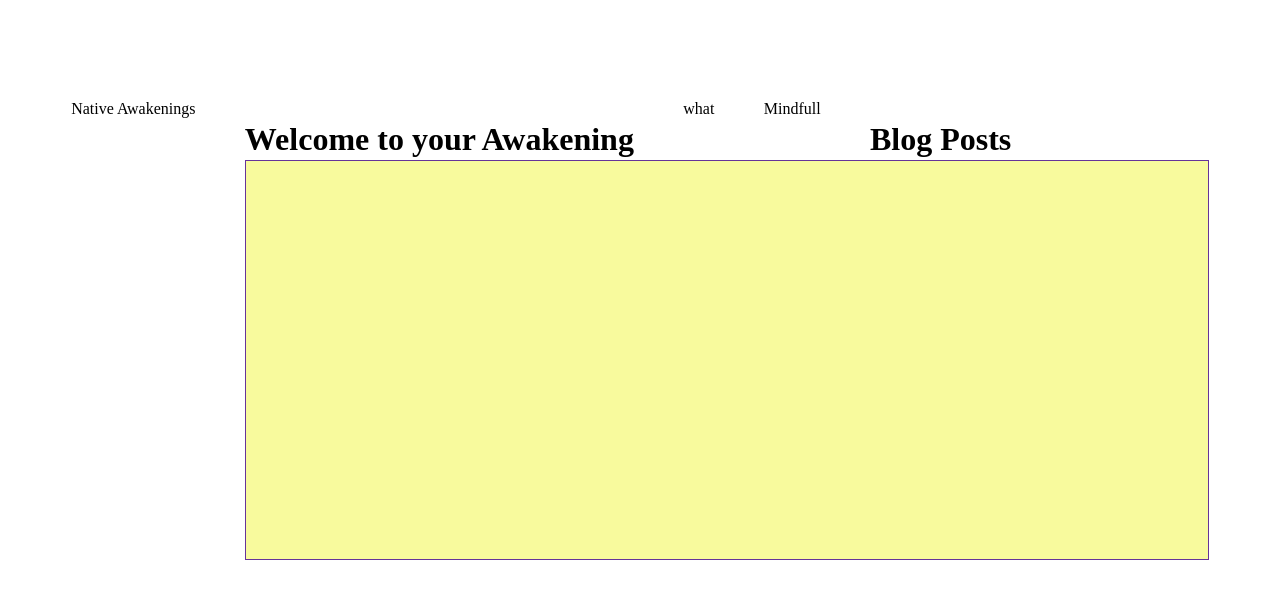
Repository: Gregg-Hendrix/blog-project
Page: index.html
The author's editor kept a copy of each file at every save. The page is drawn from the files as they stood at one save, then again after the next save.
The browser window is 1280 px wide. The pictures show the whole page.

Above is the page before, as saved 2021-03-15 13:48:47.

### index.html
<!DOCTYPE html>
<html lang="en">
    <head>
        <meta charset="utf-8">
        <title>Native Awakenings</title>
        <meta content="width=device-width, initial-scale=1, maximum-scale=1" name="viewport"/>
        <link rel="stylesheet" href="stylesheet.css">

         </head>
    <body>
        <! -- This aligns the items to the top of the screen -->
        <div class="container">
            <header>Native Awakenings</header>
            <h1>Welcome to your Awakening</h1>
            <nav>what</nav>
            <article>Mindfull</article>
            <sidebar><h1>Blog Posts</h1><a href="meditation.html">Recent Posts</a></sidebar>
            <div class="content box">
            </div>
            <footer>
        </div>
    </body>
</html>

### stylesheet.css
.header{
    display: flex;
        flex-direction: row;
        justify-content: center;
        border: indigo;
}
.intro{
    display: flex;
        flex-direction: row;
        justify-content: center;
        border: indigo;
}
.container{
    display: grid;
    width: 90%;
    margin: auto;
    margin-top: 100px;
    grid-template-columns: 40px repeat(7 1fr);
    grid-template-rows: 60px 400px 1fr;
    grid-template-areas:
    "hd hd hd hd hd hd hd hd"
    "sd main main main main main main main"
    "ft ft ft ft ft ft ft ft";
}

    .box {
        border: 1px solid rebeccapurple;
        background: #F8FA9D;
    }

    .header{
        grid-area: hd;
    }

    .sidebar{
        grid-area: sd;
    }

    .content{
        grid-area: main;
    }

    .footer{
        grid-area: ft;
    }

After the next save:
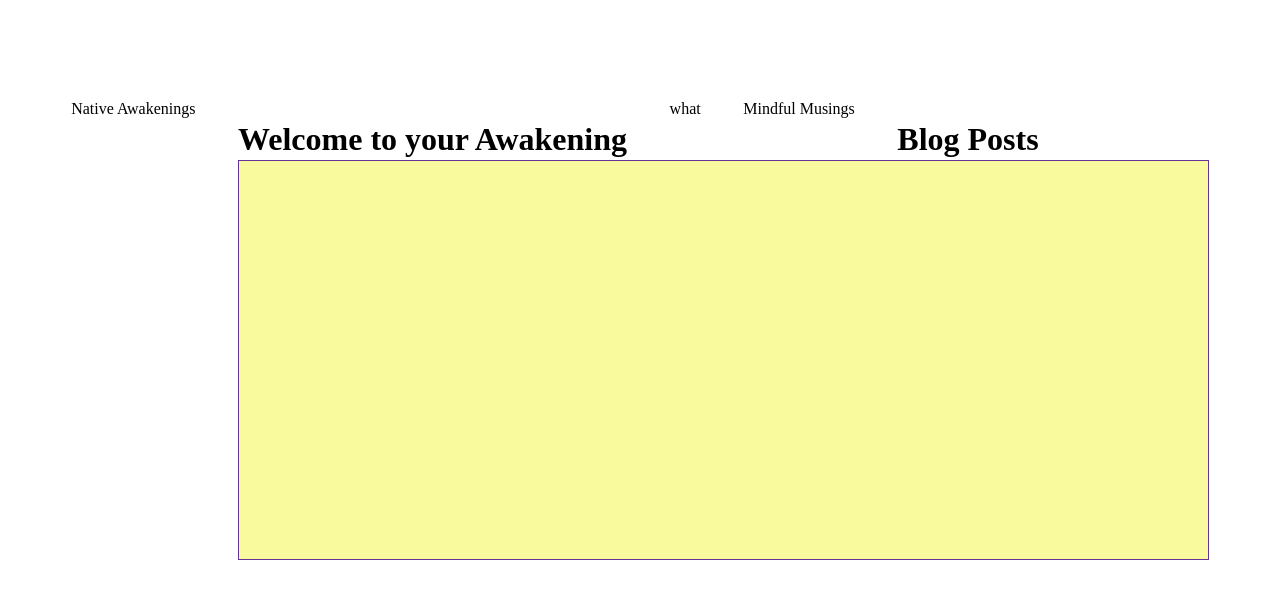
Saved 5 s later.
--- a/index.html
+++ b/index.html
@@ -13,7 +13,7 @@
             <header>Native Awakenings</header>
             <h1>Welcome to your Awakening</h1>
             <nav>what</nav>
-            <article>Mindfull</article>
+            <article>Mindful Musings</article>
             <sidebar><h1>Blog Posts</h1><a href="meditation.html">Recent Posts</a></sidebar>
             <div class="content box">
             </div>
